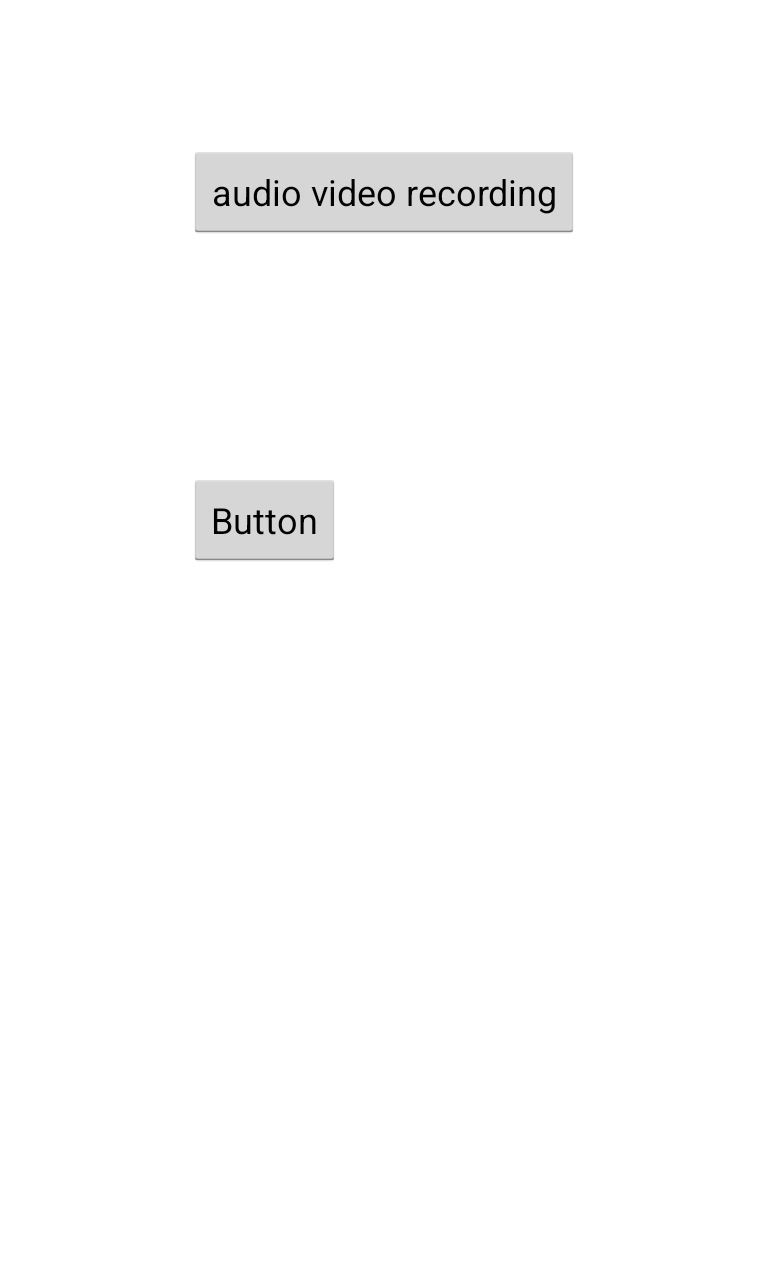
Repository: arjuntheprogrammer/iact
Layout: iact/iact android practice/mywork/audioVideoRecording/res/layout/activity_main.xml
The author's editor kept a copy of each file at every save. The layout is drawn from the files as they stood at one save, then again after the next save.
It is drawn on a 768 x 1280 px phone screen (xhdpi) without system bars, with theme AppTheme; the app's code is not run.

Above is the layout before, as saved 2016-01-02 06:22:38.

After the next save:
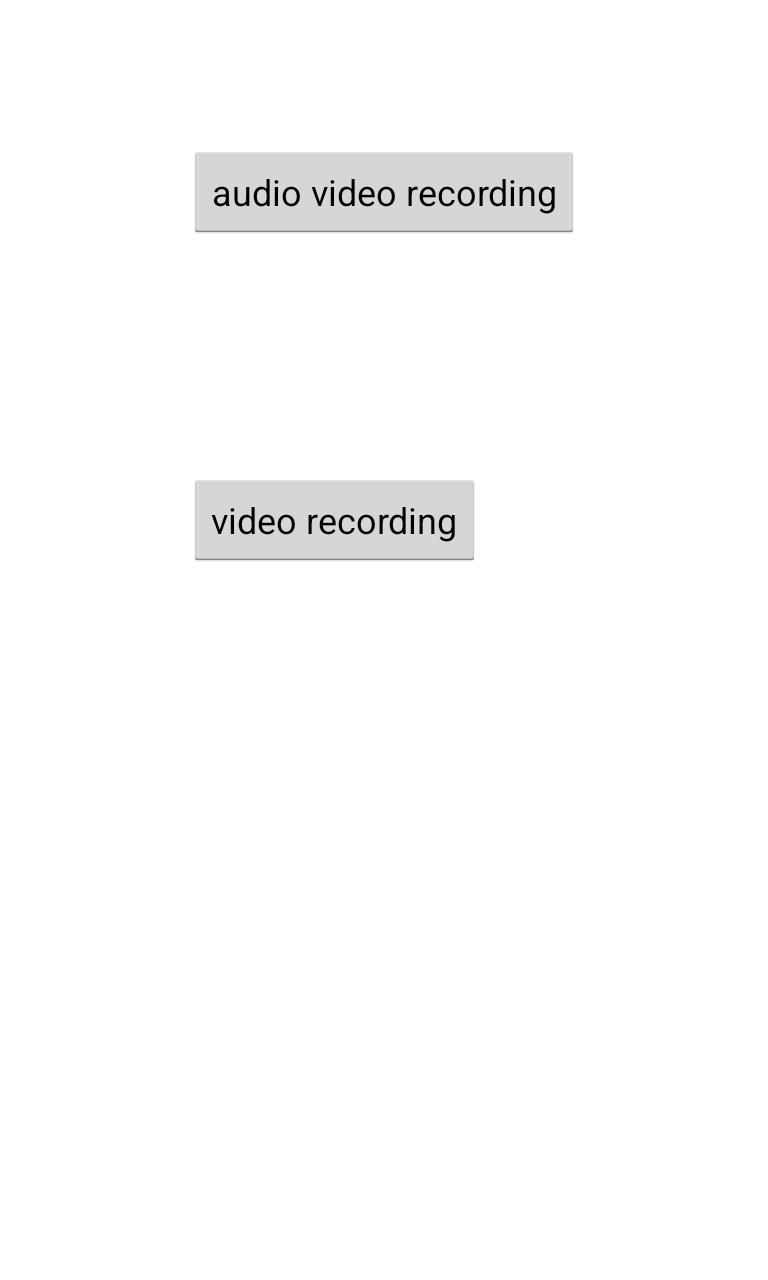
Saved 6 s later.
--- a/iact/iact android practice/mywork/audioVideoRecording/res/layout/activity_main.xml
+++ b/iact/iact android practice/mywork/audioVideoRecording/res/layout/activity_main.xml
@@ -24,6 +24,6 @@
         android:layout_alignLeft="@+id/button1"
         android:layout_below="@+id/button1"
         android:layout_marginTop="116dp"
-        android:text="Button" />
+        android:text="video recording" />
 
 </RelativeLayout>
